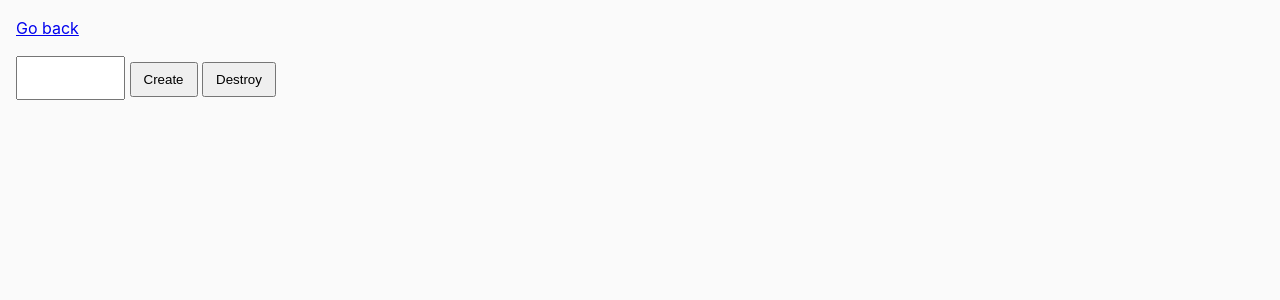
Repository: jandiman/goit-js-hw-06
Page: task-10.html
These files come from the project's save history. The page is drawn as it stood at one moment and after the next save; the edit follows.
The browser window is 1280 px wide. The pictures show the whole page.

Above is the page before, as saved 2023-10-22 05:40:27.

### js/task-10.js
const createBox = document.querySelector("div.controls");

function getRandomHexColor() {
  return `#${Math.floor(Math.random() * 16777215)
    .toString(16)
    .padStart(6, "0")}`;
}

function newBox(amount) {
  const boxDiv = document.getElementById("boxes");
  boxDiv.innerHTML = "";

  let width = 30;
  let height = 30;

  for (let i = 0; i < amount; i++) {
    const box = document.createElement("div");
    box.style.width = `${width}px`;
    box.style.height = `${height}px`;
    box.style.backgroundColor = getRandomHexColor();
    boxDiv.appendChild(box);

    width += 10;
    height += 10;
  }
}

function clearBoxes() {
  const boxDiv = document.getElementById("boxes");
  boxDiv.innerHTML = "";
}

const createBtn = document.querySelector("[data-create]");
createBtn.addEventListener("click", function () {
  const input = document.querySelector('input[type="number"]');
  const amount = parseInt(input.value);

  if (amount >= 1 && amount <= 100) {
    newBox(amount);
  } else {
    console.log("Please enter a number between 1 and 100.");
  }
});

const destroyButton = document.querySelector("[data-destroy]");
destroyButton.addEventListener("click", clearBoxes);

Loaded but not shown: task-10.html (common file); css/common.css (common file)

After the next save:
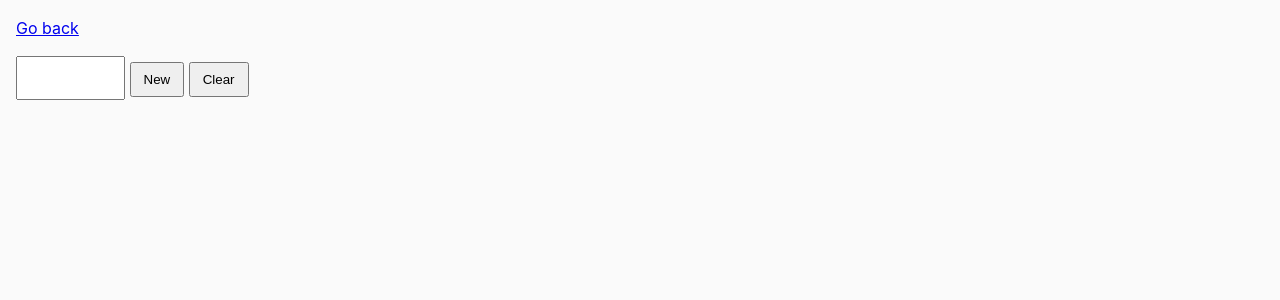
Saved 2 min 15 s later.
--- a/js/task-10.js
+++ b/js/task-10.js
@@ -42,5 +42,8 @@ createBtn.addEventListener("click", function () {
   }
 });
 
-const destroyButton = document.querySelector("[data-destroy]");
-destroyButton.addEventListener("click", clearBoxes);
+const destroyBtn = document.querySelector("[data-destroy]");
+destroyBtn.addEventListener("click", clearBoxes);
+
+createBtn.textContent = "New";
+destroyBtn.textContent = "Clear";
